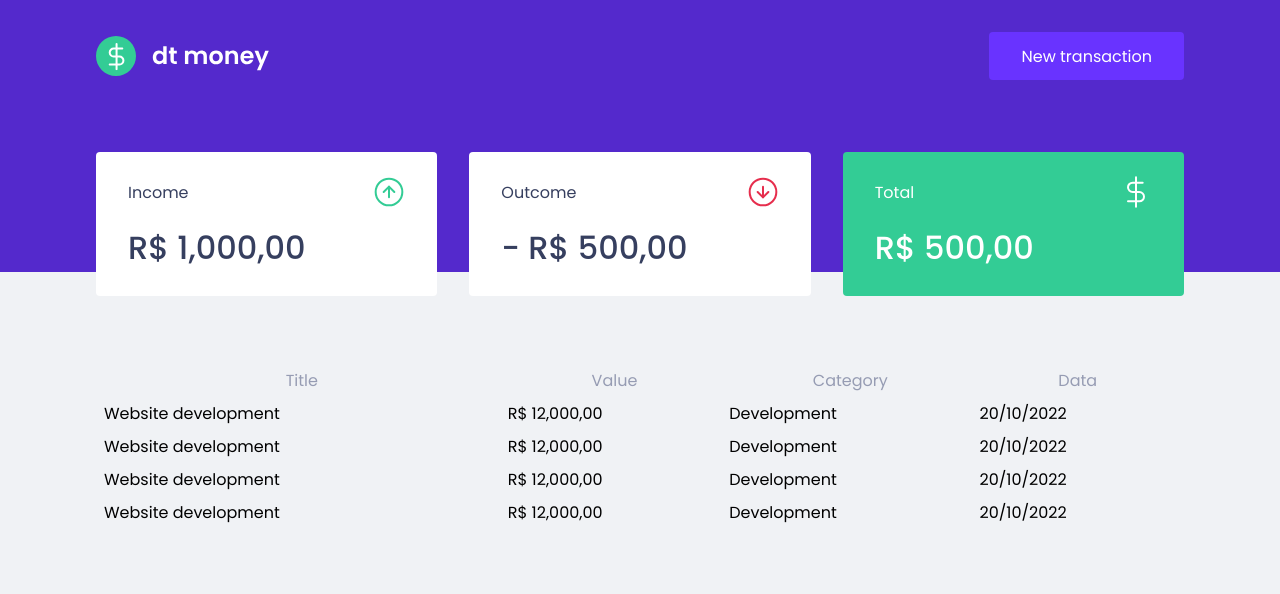
Repository: JoseGu1llardi/dtmoney
Page: /
The author's editor kept a copy of each file at every save. The page is drawn from the files as they stood at one save, then again after the next save.
The browser window is 1280 px wide. The pictures show the whole page.
The project was rebuilt for these pictures with package versions that can differ from the ones it lists, and the page was loaded fresh each time.

Above is the page before, as saved 2022-12-30 15:36:22.

After the next save:
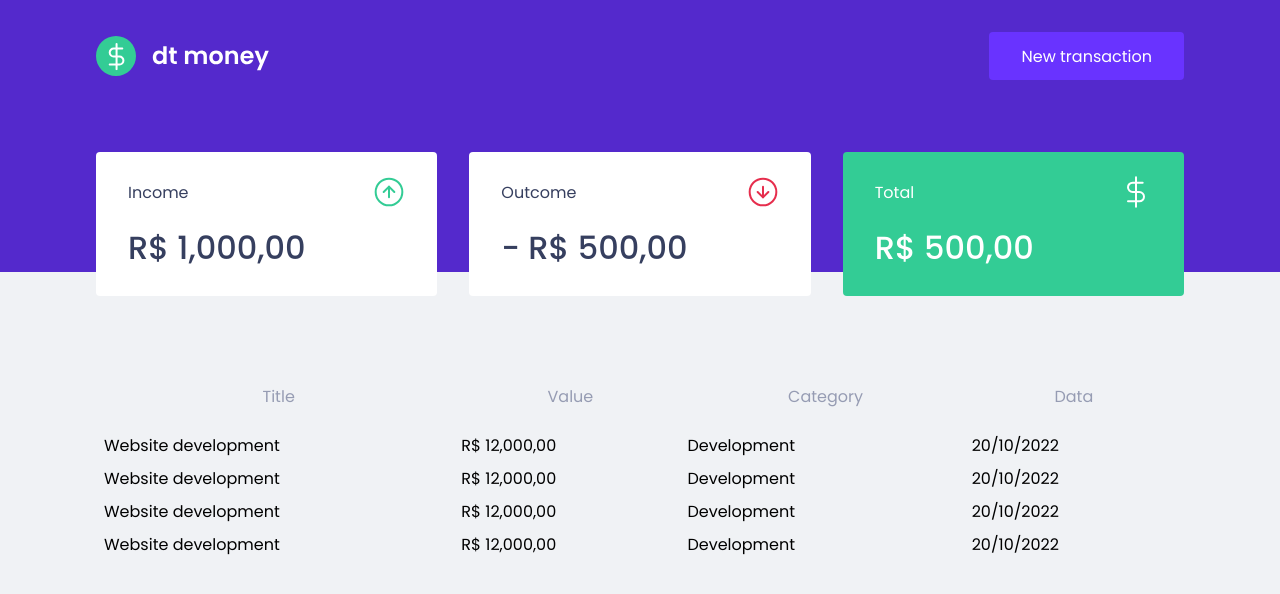
Saved 22 s later.
--- a/src/components/TransactionsTable/styles.ts
+++ b/src/components/TransactionsTable/styles.ts
@@ -10,6 +10,7 @@ export const Container = styled.div`
     th {
       color: var(--text-body);
       font-weight: 400;
+      padding: 1rem 2rem;
     }
   }
 `;
